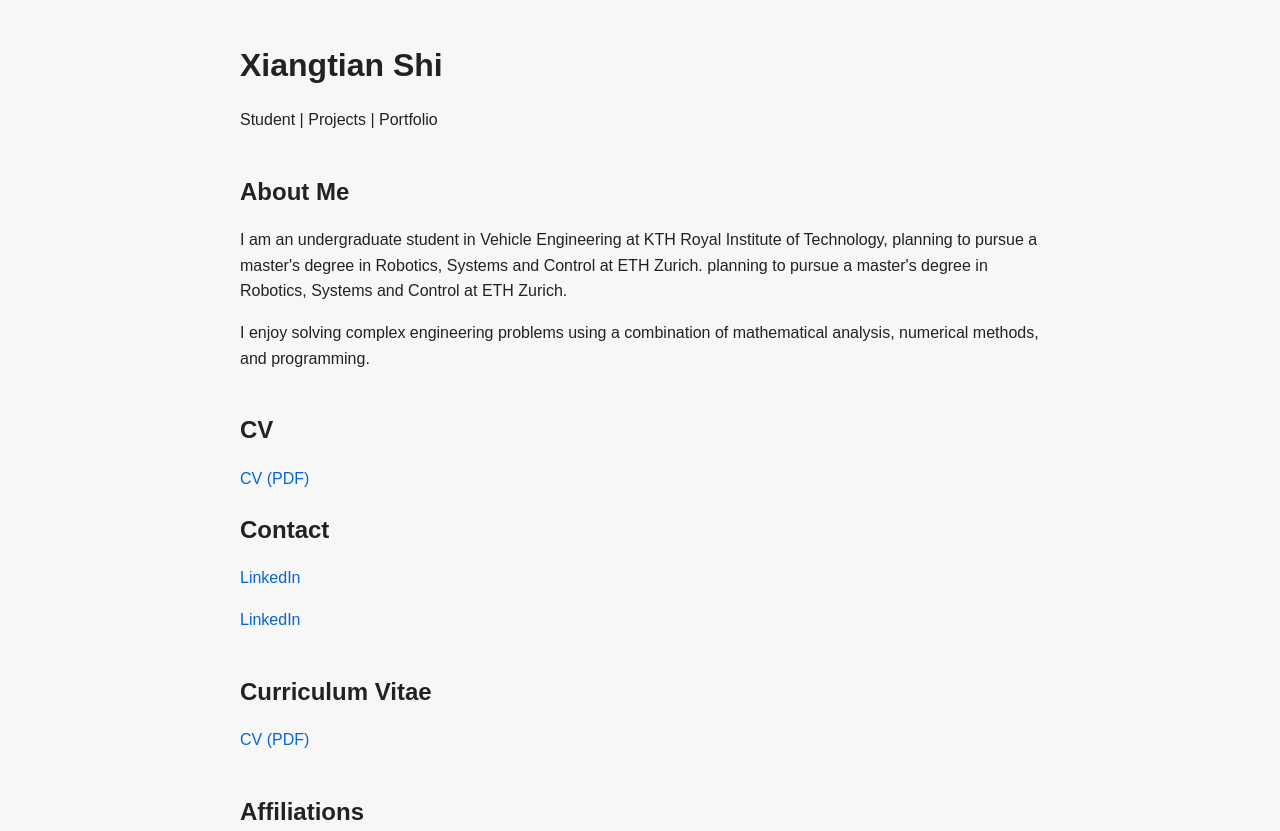
Repository: xitisch/xitisch.github.io
Page: index.html
An editor plug-in stored every save of this project. The page is shown before and after the next save, followed by the edit.
The browser window is 1280 px wide. The pictures show the part of the page from y = 0 to 831 px (the page is 1018 px tall before and 1060 px after).
A picture or video elsewhere on the page could not be fetched, so the positions and the page height are approximate.

Above is the page before, as saved 2026-04-21 23:37:06.

After the next save:
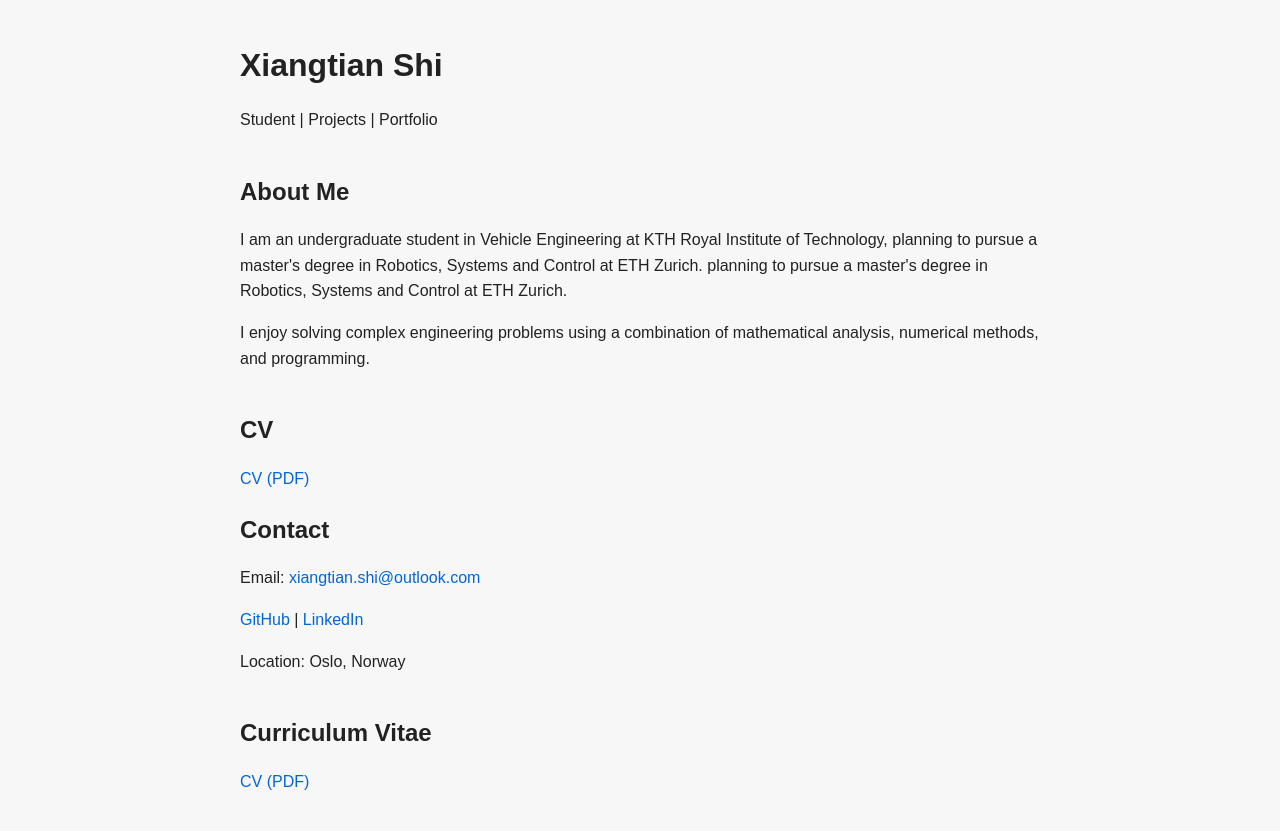
Saved 117 s later.
--- a/index.html
+++ b/index.html
@@ -40,14 +40,21 @@
     <p>
       <a href="XiangtianShi_CV.pdf" target="_blank">CV (PDF)</a>
     </p>
+
     <h2>Contact</h2>
+  <p>Email:
+      <a href="mailto:xiangtian.shi@outlook.com">
+        xiangtian.shi@outlook.com
+      </a>
+    </p>
+
     <p>
+      <a href="https://github.com/yourusername">GitHub</a> |
       <a href="https://www.linkedin.com/in/xiangtian-shi-5ab47428b/">LinkedIn</a>
     </p>
 
-    <p>
-      <a href="https://www.linkedin.com/in/xiangtian-shi-5ab47428b/">LinkedIn</a>
-    </p>
+    <p>Location: Oslo, Norway</p>
+  </div>
   </div>
 
   <div class="section">
